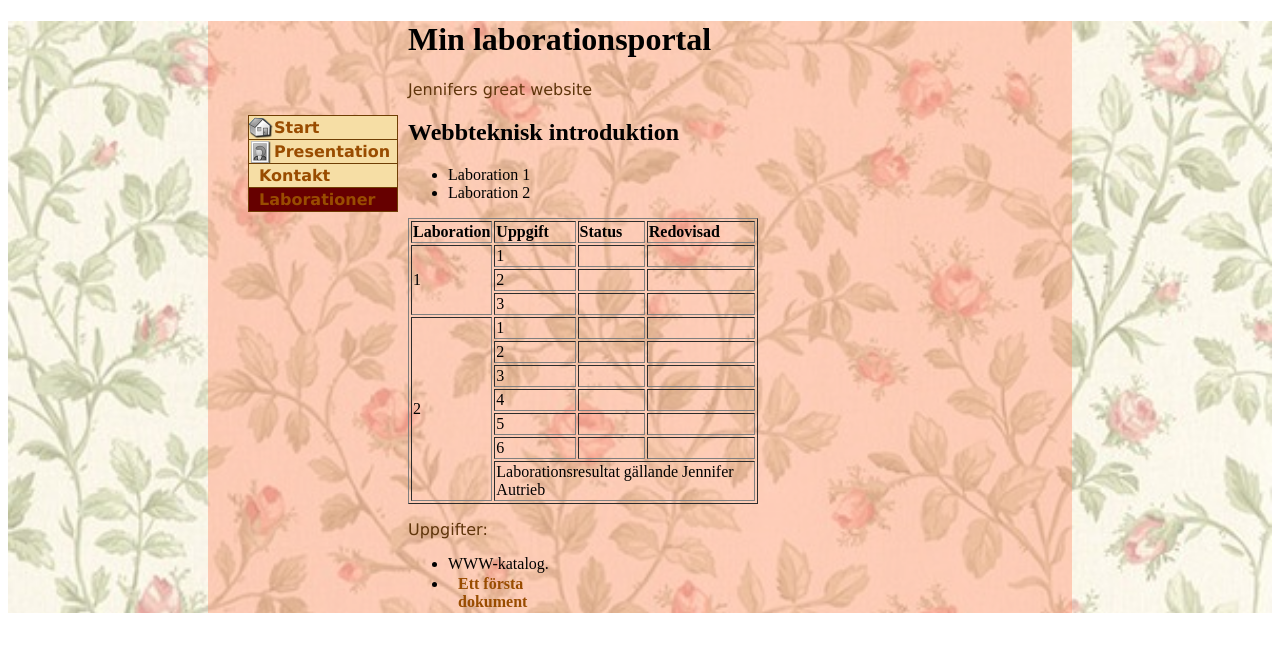
Repository: JeAut/1ik415-JeAut-laborationer
Page: WWW/pages/laborationer.html
The author's editor kept a record of every edit. The page is drawn from the files as they stood at one moment, then again after the next edit.
The browser window is 1280 px wide. The pictures show the whole page.

Above is the page before.

After the next edit:
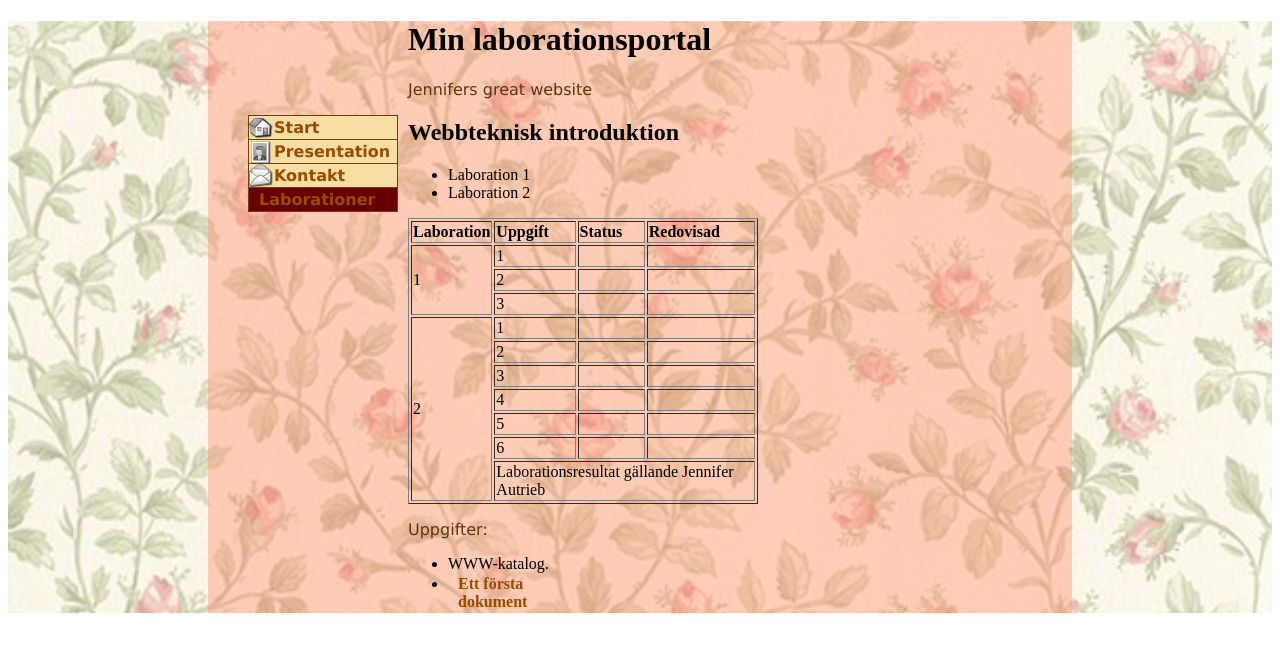
The edit:
--- a/WWW/pages/laborationer.html
+++ b/WWW/pages/laborationer.html
@@ -25,7 +25,7 @@
             <li><a href="Presentation.html" class="buttonpresent"> Presentation</a></li>
             </div>
             <div id="ulsidemenu2">
-            <li><a href="kontakt.html"> Kontakt</a></li>
+            <li><a href="kontakt.html" class="buttonkontakt"> Kontakt</a></li>
             </div>
             <div id="ulsidemenu2">
             <li><a href="laborationer.html" class="active"> Laborationer</a></li>
